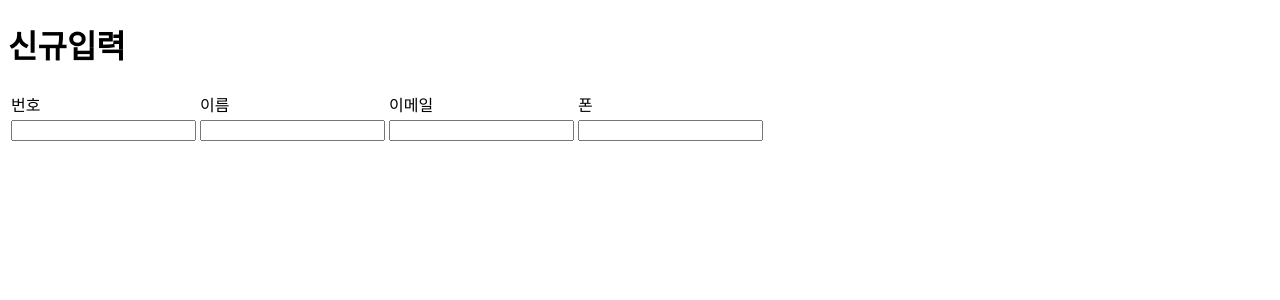
Repository: Kimgigon123123/JspServlet
Page: http://localhost/05.Mybatis/customer/insert.jsp
An editor plug-in stored every save of this project. The page is shown before and after the next save, followed by the edit.
The browser window is 1280 px wide. The pictures show the whole page.
The page is served by Tomcat 9.

Above is the page before, as saved 2023-05-25 03:47:03.

After the next save:
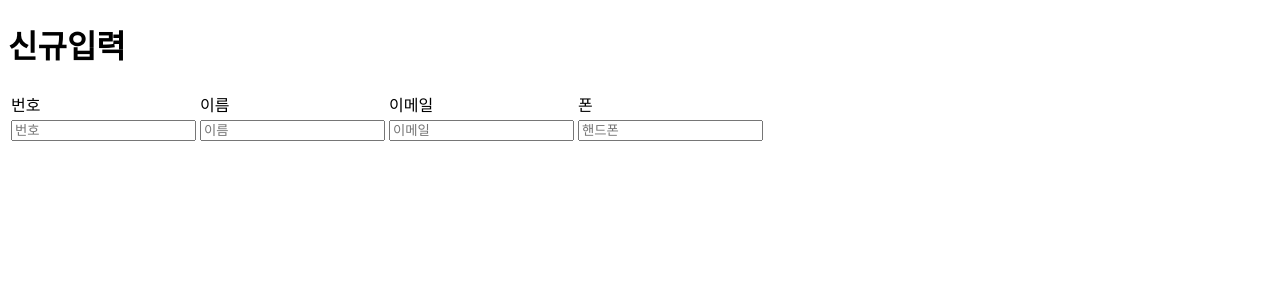
Saved 29 s later.
--- a/WorkSpace/05.Mybatis/src/main/webapp/customer/insert.jsp
+++ b/WorkSpace/05.Mybatis/src/main/webapp/customer/insert.jsp
@@ -17,10 +17,10 @@
 
 		</tr>
 		<tr>
-			<td><input type="text" name="id" placehoder="번호"></td>
-			<td><input type="text" name="name" placehoder="이름"></td>
-			<td><input type="text" name="emil" placehoder="이메일"></td>
-			<td><input type="text" name="phone" placehoder="핸드폰"></td>
+			<td><input type="text" name="id" placeholder="번호"></td>
+			<td><input type="text" name="name" placeholder="이름"></td>
+			<td><input type="text" name="emil" placeholder="이메일"></td>
+			<td><input type="text" name="phone" placeholder="핸드폰"></td>
 		</tr>
 
 	</table>
